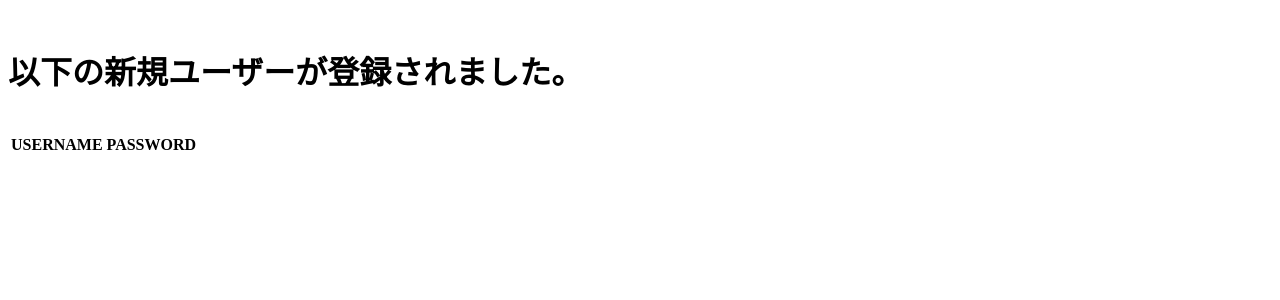
Repository: shimadaasato/test
Page: http://localhost/WebProj4/test.jsp
An editor plug-in stored every save of this project. The page is shown before and after the next save, followed by the edit.
The browser window is 1280 px wide. The pictures show the whole page.
The page is served by Tomcat 9.

Above is the page before, as saved 2019-02-04 12:27:58.

After the next save:
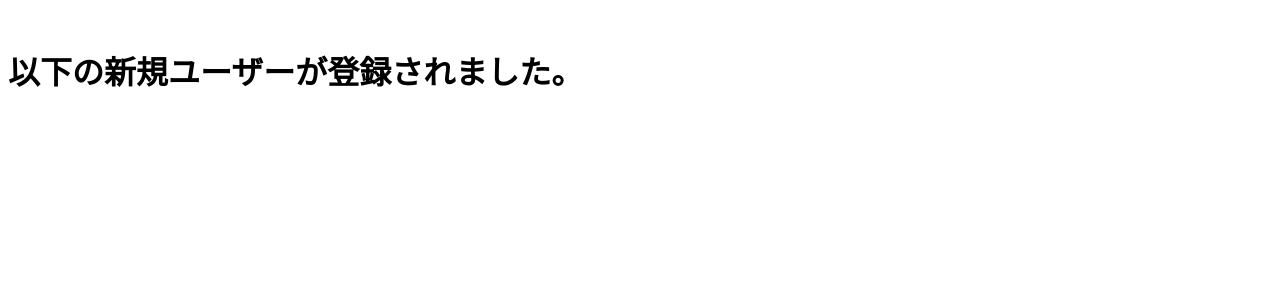
Saved 2 min 25 s later.
--- a/WebProj4/WebContent/test.jsp
+++ b/WebProj4/WebContent/test.jsp
@@ -22,28 +22,10 @@
 
 <tbody>
 
-<tr>
 
-	<th>USERNAME</th>
 
-	<th>PASSWORD</th>
-
-</tr>
-
-<s:iterator value="loginDTOList">
-
-	<tr>
-
-	 	<td><s:property value="username"/></td>
-
-	 	<td><s:property value="password"/></td>
-	 </tr>
-
-</s:iterator>
 
 </tbody>
-
-
 
 </table>
 
